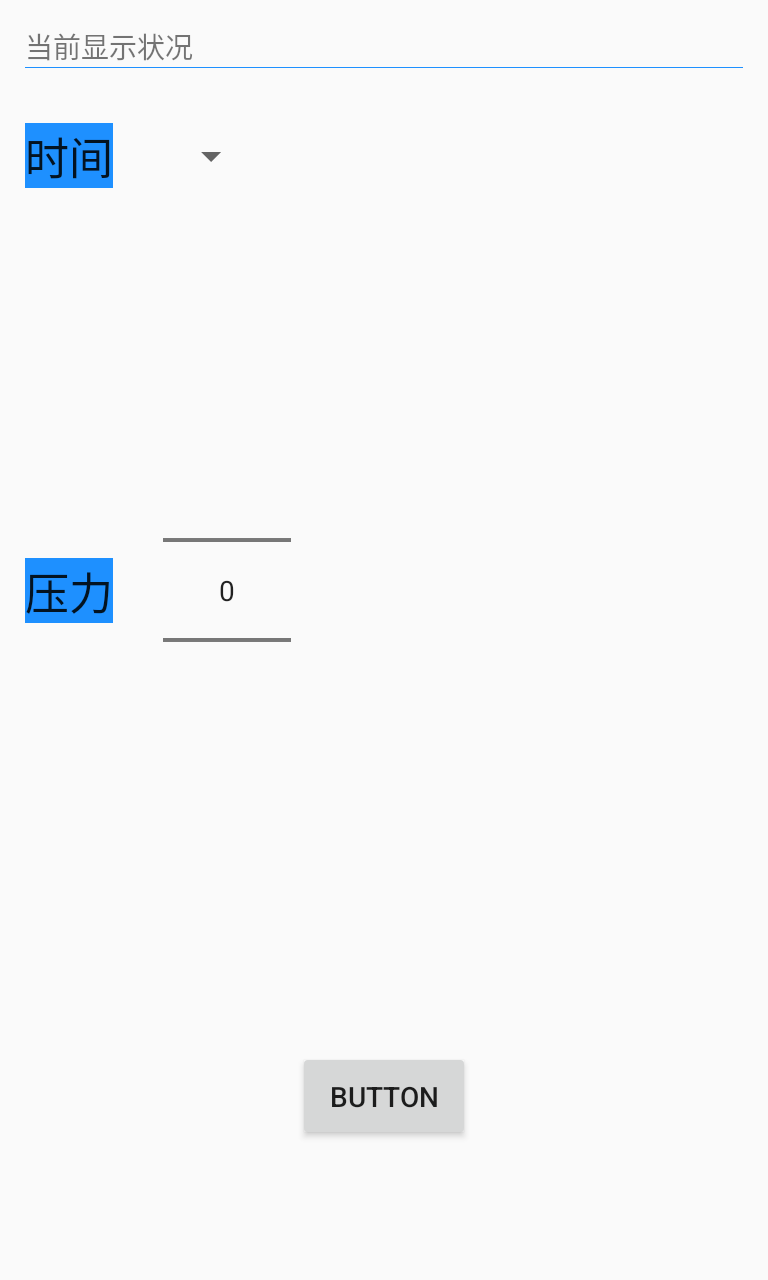
Repository: mimimy/MassagePro
Layout: BLE-Version/MassageTool/res/layout/second_pager.xml
These files come from the project's save history. The layout is drawn as it stood at one moment and after the next save; the edit follows.
It is drawn on a 768 x 1280 px phone screen (xhdpi) without system bars, with theme AppTheme; the app's code is not run.

Above is the layout before, as saved 2018-07-29 02:16:13.

After the next save:
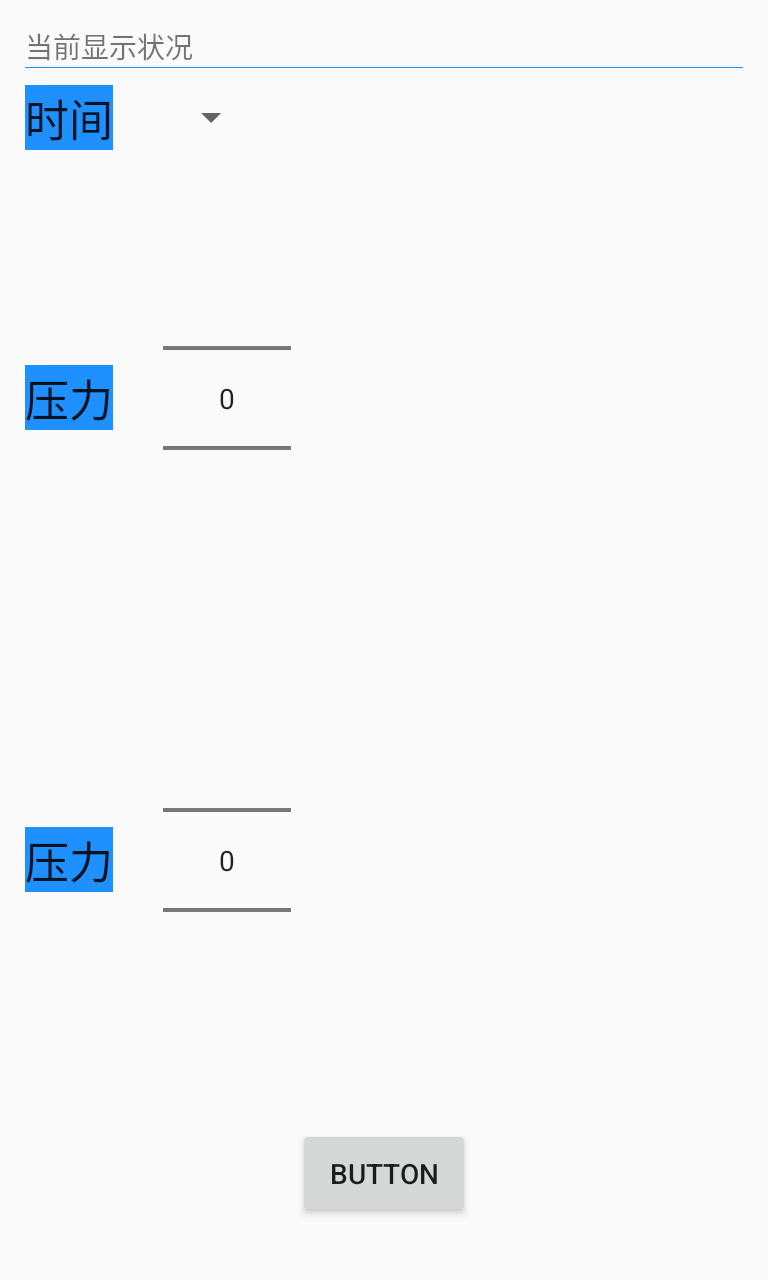
Saved 26 min 35 s later.
--- a/BLE-Version/MassageTool/res/layout/second_pager.xml
+++ b/BLE-Version/MassageTool/res/layout/second_pager.xml
@@ -60,6 +60,28 @@
             android:layout_width="wrap_content"
             android:layout_height="wrap_content" />
     </LinearLayout>
+    <LinearLayout
+        android:layout_width="match_parent"
+        android:layout_height="wrap_content"
+        android:orientation="horizontal"
+        android:gravity="center_vertical"
+        android:layout_weight="3">
+
+
+        <TextView
+            android:id="@+id/textView3"
+            android:background="#1E90FF"
+            android:layout_width="wrap_content"
+            android:layout_height="wrap_content"
+            android:textAppearance="?android:attr/textAppearanceLarge"
+            android:text="压力" />
+
+        <NumberPicker
+            android:id="@+id/picker_pressure"
+            android:layout_marginLeft="50px"
+            android:layout_width="wrap_content"
+            android:layout_height="wrap_content" />
+    </LinearLayout>
 
     <LinearLayout
         android:layout_width="fill_parent"
